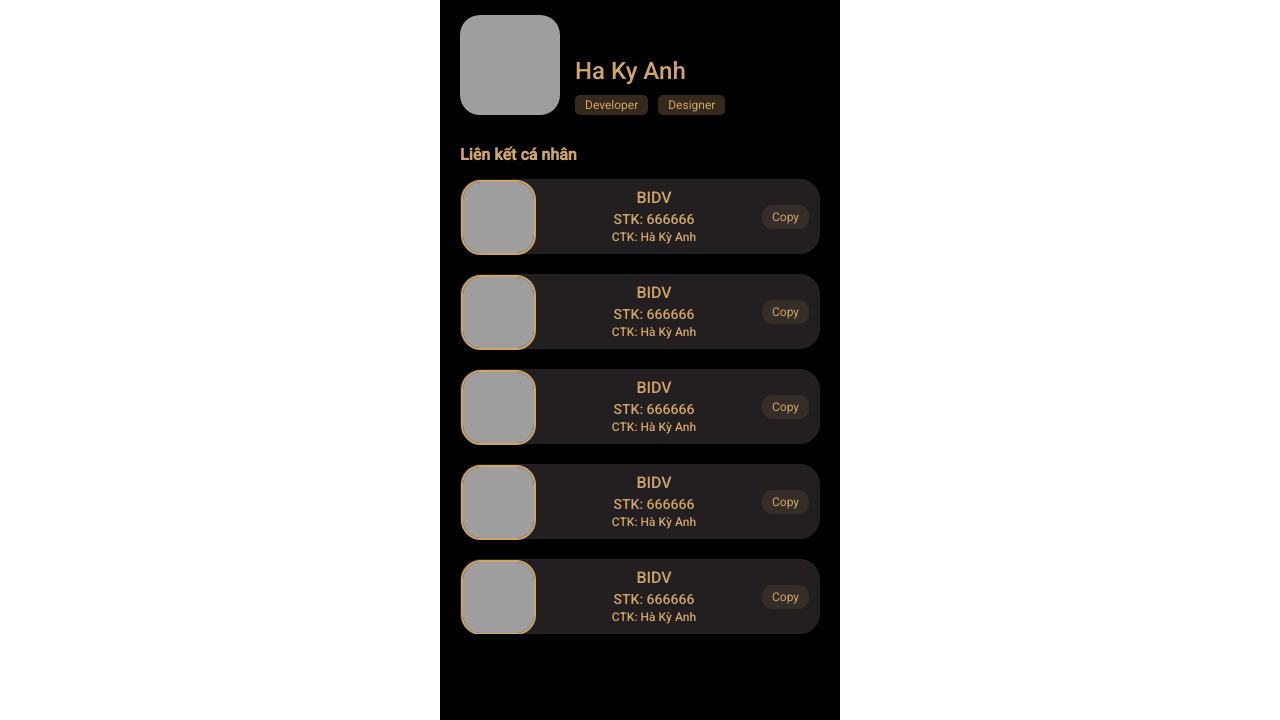
Repository: yzarc204/nguyen-tien-viet-hoang
Page: thong-tin-thanh-toan/index.html
These files come from the project's save history. The page is drawn as it stood at one moment and after a run of saves; the edit follows.
The browser window is 1280 px wide. The pictures show the whole page.
Pictures or frames that could not be fetched are drawn as grey boxes.

Above is the page before, as saved 2021-09-27 11:14:43.

After the next 5 saves:
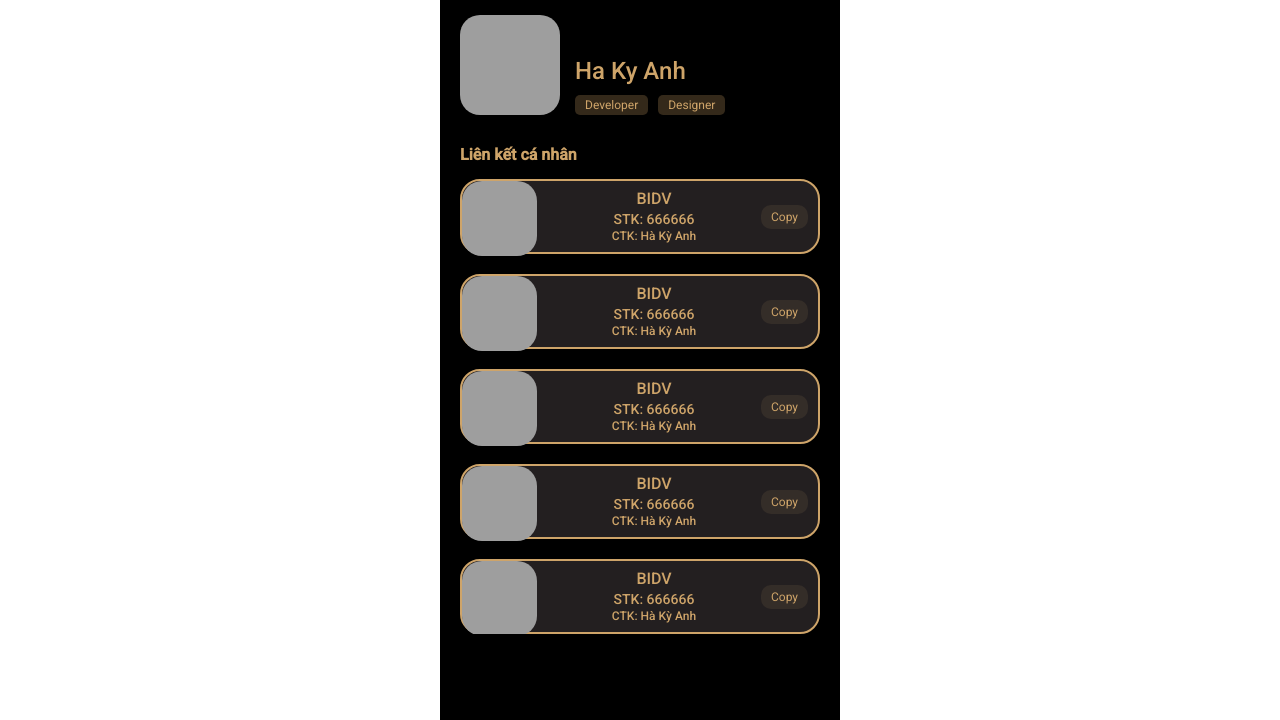
The 5 saves are shown as one change because they came seconds apart.
The last was saved 32 s later.
--- a/thong-tin-thanh-toan/public/css/index.css
+++ b/thong-tin-thanh-toan/public/css/index.css
@@ -98,13 +98,12 @@ body {
     background: var(--secondary-color);
     margin-bottom: 20px;
     display: flex;
-    border: 1px solid #222;
+    border: 2px solid var(--dark-color);
     border-radius: var(--border-rounded);
 }
 .bank-logo {
     width: var(--size);
     height: var(--size);
-    border: 2px solid var(--dark-color);
     border-radius: inherit;
 }
 .bank-info {
